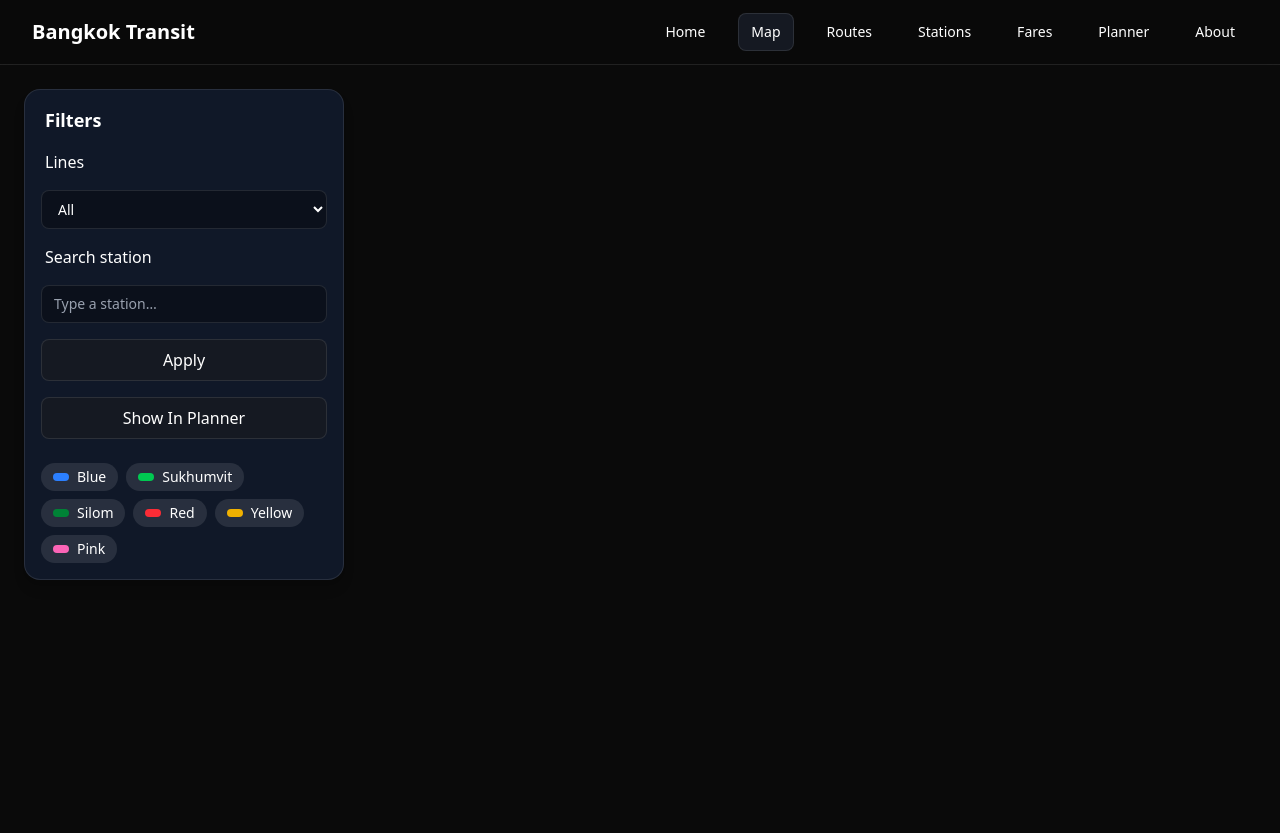
Repository: pyaestk/Bangkok-transit-map
Page: /map
The author's editor kept a copy of each file at every save. The page is drawn from the files as they stood at one save, then again after the next save.
The browser window is 1280 px wide. The pictures show the whole page.
The project was rebuilt for these pictures with package versions that can differ from the ones it lists, and the page was loaded fresh each time. Also part of the build but not shown: vite.config.ts, src/pages/Home.tsx, src/pages/Planner.tsx, src/pages/Stations.tsx, src/pages/TrainRoutes.tsx, src/pages/Fares.tsx, src/pages/About.tsx.

Above is the page before, as saved 2025-10-04 10:28:29.

### index.html
<!doctype html>
<html lang="en">
  <head>
    <meta charset="UTF-8" />
    <link rel="icon" type="image/svg+xml" href="/vite.svg" />
    <meta name="viewport" content="width=device-width, initial-scale=1.0" />
    <title>bangkok-transit-map</title>
  </head>
  <body>
    <div id="root"></div>
    <script type="module" src="/src/main.tsx"></script>
  </body>
</html>

### src/main.tsx
import { StrictMode } from 'react'
import { createRoot } from 'react-dom/client'
import './index.css'
import App from './App.tsx'
import { BrowserRouter as Router } from 'react-router'

createRoot(document.getElementById('root')!).render(
  <StrictMode>
    <Router>
      <App />
    </Router>
  </StrictMode>,
)

### src/App.tsx
import "./App.css";
import NavBar from "./component/NavBar";
import { Routes, Route } from "react-router-dom";
import Home from "./pages/Home";
import Map from "./pages/Map";
import Planner from "./pages/Planner";
import Stations from "./pages/Stations";
import TrainRoutes from "./pages/TrainRoutes";
import Fares from "./pages/Fares";
import About from "./pages/About";


function App() {
  return (
    <div className="min-h-screen flex flex-col">
      {/* Navbar at the top */}
      <NavBar />

      {/* Main content area */}
      <main className="flex-1 p-6">
        <Routes>
          <Route
            path="/"
            element={ <Home/> }
          />
          <Route
            path="/map"
            element={ <Map/> }
          />
          <Route
            path="/planner"
            element={ <Planner/>}
          />
          <Route
            path="/routes"
            element={<TrainRoutes/>}
          />
          <Route
            path="/stations"
            element={<Stations/>}
          />
          <Route
            path="/fares"
            element={<Fares/>}
          />
          <Route
            path="/about"
            element={<About/>}
          />
        </Routes>
      </main>
    </div>
  );
}

export default App;

### src/App.css
@import "tailwindcss";

:root {
  background: #0a0a0a;
}

### src/component/NavBar.tsx
import { NavLink } from "react-router-dom";
import { useState } from "react";

function NavBar() {
  const [open, setOpen] = useState(false);

  const baseClasses =
    "px-3 py-2 text-sm border border-transparent block text-center";
  const inactiveClasses = "text-white transition-colors";
  const activeClasses = "bg-[#151922] border rounded-lg text-white border-white/10";

  const links = [
    { to: "/", label: "Home" },
    { to: "/map", label: "Map" },
    { to: "/routes", label: "Routes" },
    { to: "/stations", label: "Stations" },
    { to: "/fares", label: "Fares" },
    { to: "/planner", label: "Planner" },
    { to: "/about", label: "About" },
  ];

  return (
    <nav className="sticky top-0 z-50 bg-[#0a0a0a4d] border-b border-white/10 backdrop-blur-[8px]">
      <div className="max-w-7xl mx-auto px-4 sm:px-6 lg:px-8">
        <div className="flex items-center justify-between h-16">
          {/* Left side (Logo / Brand) */}
          <div className="flex-shrink-0 text-white text-xl font-bold">
            Bangkok Transit
          </div>

          {/* Desktop links */}
          <div className="hidden md:flex space-x-5">
            {links.map((l) => (
              <NavLink
                key={l.to}
                to={l.to}
                className={({ isActive }) =>
                  `${baseClasses} ${isActive ? activeClasses : inactiveClasses}`
                }
              >
                {l.label}
              </NavLink>
            ))}
          </div>

          {/* Mobile hamburger button */}
          <div className="md:hidden">
            <button
              aria-label="Toggle menu"
              onClick={() => setOpen((s) => !s)}
              className="inline-flex items-center justify-center p-2 rounded-md text-white hover:bg-white/5 focus:outline-none focus:ring-2 focus:ring-white"
            >
              <span className="sr-only">Open main menu</span>
              {/* Hamburger / X icon */}
              <svg
                className={`h-6 w-6 ${open ? "hidden" : "block"}`}
                xmlns="http://www.w3.org/2000/svg"
                fill="none"
                viewBox="0 0 24 24"
                strokeWidth={2}
                stroke="currentColor"
                aria-hidden="true"
              >
                <path
                  strokeLinecap="round"
                  strokeLinejoin="round"
                  d="M3 6h18M3 12h18M3 18h18"
                />
              </svg>
              <svg
                className={`h-6 w-6 ${open ? "block" : "hidden"}`}
                xmlns="http://www.w3.org/2000/svg"
                fill="none"
                viewBox="0 0 24 24"
                strokeWidth={2}
                stroke="currentColor"
                aria-hidden="true"
              >
                <path
                  strokeLinecap="round"
                  strokeLinejoin="round"
                  d="M6 18L18 6M6 6l12 12"
                />
              </svg>
            </button>
          </div>
        </div>
      </div>

      {/* Mobile menu, shown when open is true */}
      <div className={`md:hidden ${open ? "block" : "hidden"} `}>
        <div className="px-2 pt-2 pb-3 space-y-1">
          {links.map((l) => (
            <NavLink
              key={l.to}
              to={l.to}
              onClick={() => setOpen(false)}
              className={({ isActive }) =>
                `${baseClasses} ${isActive ? activeClasses : inactiveClasses}`
              }
            >
              {l.label}
            </NavLink>
          ))}
        </div>
      </div>
    </nav>
  );
}

export default NavBar;

### src/pages/Map.tsx
import FiltersCard from "../component/FiltersCard";

export default function Map() {
  return (
    <div className="min-h-screen">
      <FiltersCard/>
    </div>
  )
}

### src/component/FiltersCard.tsx
export default function FiltersCard() {
  return (
    <div className="p-4 rounded-2xl bg-gray-900 border border-white/10 shadow-lg w-80 text-white">
      <h2 className="text-lg font-bold mb-4 mx-1">Filters</h2>

      {/* Lines */}
      <label className="block my-4 mx-1">Lines</label>
      <select className="w-full px-3 py-2 rounded-lg bg-black/30 border border-white/10 focus:outline-none text-sm">
        <option>All</option>
        <option>Blue</option>
        <option>Red</option>
        <option>Yellow</option>
      </select>

      {/* Search station */}
      <label className="block my-4 mx-1">Search station</label>
      <input
        type="text"
        placeholder="Type a station…"
        className="w-full text-sm px-3 py-2 rounded-lg bg-black/30 border border-white/10 placeholder-gray-400 focus:outline-none"
      />

      {/* Buttons */}
      <div className="flex flex-col space-y-4 mt-4">
        <button className="px-4 py-2 rounded-lg bg-[#151922] border text-white border-white/10 hover:bg-white/10">Apply</button>
        <button className="px-4 py-2 rounded-lg bg-[#151922] border text-white border-white/10 hover:bg-white/10">Show In Planner</button>
      </div>

      {/* Line Pills */}
      <div className="flex flex-wrap gap-2 mt-6 text-sm">
        <span className="flex items-center px-3 py-1 rounded-full bg-white/10">
          <span className="w-4 h-2 rounded-full bg-blue-500 mr-2"></span>
          Blue
        </span>
        <span className="flex items-center px-3 py-1 rounded-full bg-white/10">
          <span className="w-4 h-2 rounded-full bg-green-500 mr-2"></span>
          Sukhumvit
        </span>
        <span className="flex items-center px-3 py-1 rounded-full bg-white/10">
          <span className="w-4 h-2 rounded-full bg-green-700 mr-2"></span>
          Silom
        </span>
        <span className="flex items-center px-3 py-1 rounded-full bg-white/10">
            <span className="w-4 h-2 rounded-full bg-red-500 mr-2"></span> Red
        </span>
        <span className="flex items-center px-3 py-1 rounded-full bg-white/10">
            <span className="w-4 h-2 rounded-full bg-yellow-500 mr-2"></span> Yellow
        </span>
        <span className="flex items-center px-3 py-1 rounded-full bg-white/10">
            <span className="w-4 h-2 rounded-full bg-pink-400 mr-2"></span> Pink
        </span>
      </div>
    </div>
  )
}

Loaded but not shown: src/index.css (common file)

After the next save:
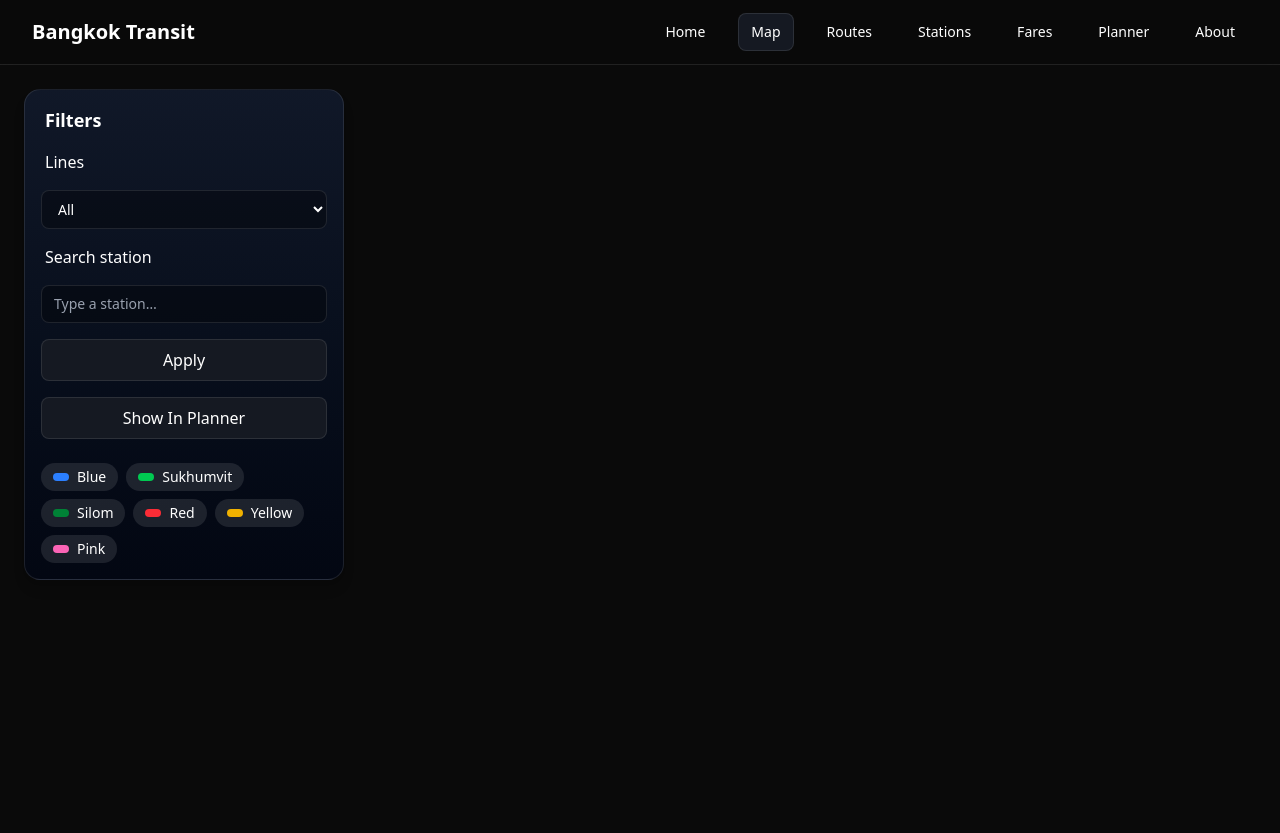
Saved 14 s later.
--- a/src/component/FiltersCard.tsx
+++ b/src/component/FiltersCard.tsx
@@ -1,6 +1,6 @@
 export default function FiltersCard() {
   return (
-    <div className="p-4 rounded-2xl bg-gray-900 border border-white/10 shadow-lg w-80 text-white">
+    <div className="p-4 rounded-2xl bg-gradient-to-b from-gray-900 to-gray-950 border border-white/10 shadow-lg w-80 text-white">
       <h2 className="text-lg font-bold mb-4 mx-1">Filters</h2>
 
       {/* Lines */}
